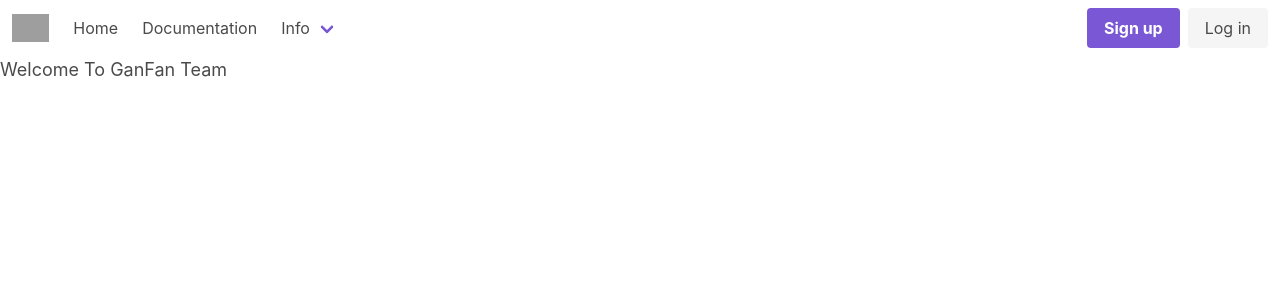
Repository: Kingfish404/qa-robot
Page: / (app in frontend/)
An editor plug-in stored every save of this project. The page is shown before and after the next save, followed by the edit.
The browser window is 1280 px wide. The pictures show the whole page.
Pictures or frames that could not be fetched are drawn as grey boxes. The project was rebuilt for these pictures with package versions that can differ from the ones it lists, and the page was loaded fresh each time.

Above is the page before, as saved 2020-12-09 23:47:32.

### frontend/src/main.js
import Vue from 'vue'
import App from './App.vue'
import Buefy from 'buefy'
import 'buefy/dist/buefy.css'

Vue.config.productionTip = false

Vue.use(Buefy)

new Vue({
  render: h => h(App),
}).$mount('#app')

### frontend/src/App.vue
<template>
  <div id="app">
    <NavMenu></NavMenu>
    <div style="font-size:18px">Welcome To GanFan Team</div>
  </div>
</template>

<script>

import NavMenu from './components/NavMenu.vue'

export default {
  name: 'App',
  components: {
    NavMenu
  }
}
</script>

<style>

</style>

### frontend/src/components/NavMenu.vue
<template>
    <b-navbar>
        <template slot="brand">
            <b-navbar-item tag="router-link" :to="{ path: '/' }">
                <img
                    src="https://raw.githubusercontent.com/buefy/buefy/dev/static/img/buefy-logo.png"
                    alt="Lightweight UI components for Vue.js based on Bulma"
                >
            </b-navbar-item>
        </template>
        <template slot="start">
            <b-navbar-item href="#">
                Home
            </b-navbar-item>
            <b-navbar-item href="#">
                Documentation
            </b-navbar-item>
            <b-navbar-dropdown label="Info">
                <b-navbar-item href="#">
                    About
                </b-navbar-item>
                <b-navbar-item href="#">
                    Contact
                </b-navbar-item>
            </b-navbar-dropdown>
        </template>

        <template slot="end">
            <b-navbar-item tag="div">
                <div class="buttons">
                    <a class="button is-primary">
                        <strong>Sign up</strong>
                    </a>
                    <a class="button is-light">
                        Log in
                    </a>
                </div>
            </b-navbar-item>
        </template>
    </b-navbar>
</template>

Loaded but not shown: frontend/public/index.html (common file)

After the next save:
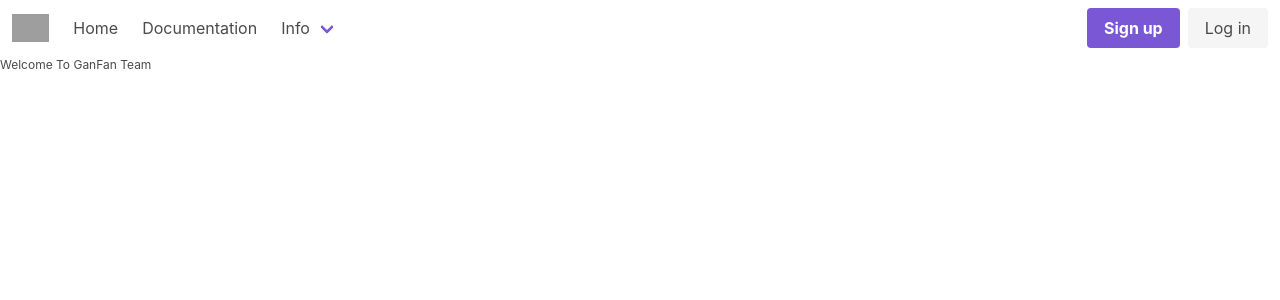
Saved 36 s later.
--- a/frontend/src/App.vue
+++ b/frontend/src/App.vue
@@ -1,7 +1,7 @@
 <template>
   <div id="app">
     <NavMenu></NavMenu>
-    <div style="font-size:18px">Welcome To GanFan Team</div>
+    <div style= 'font-size: 12px;'>Welcome To GanFan Team</div>
   </div>
 </template>
 

After the save that followed:
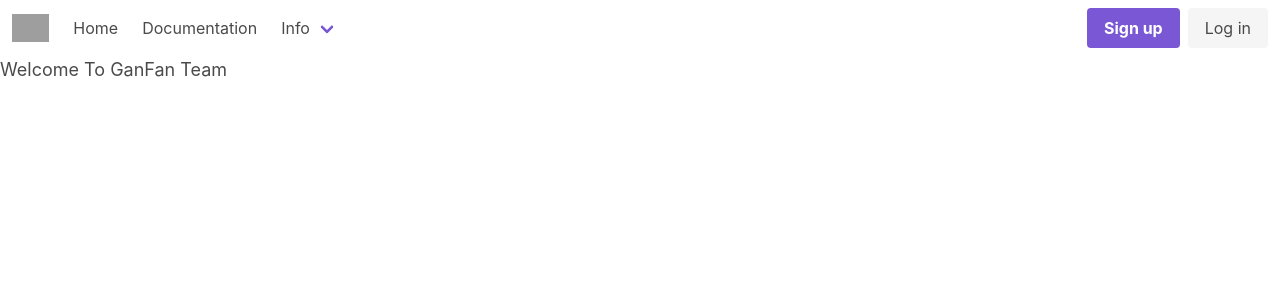
Saved 7 s later.
--- a/frontend/src/App.vue
+++ b/frontend/src/App.vue
@@ -1,7 +1,7 @@
 <template>
   <div id="app">
     <NavMenu></NavMenu>
-    <div style= 'font-size: 12px;'>Welcome To GanFan Team</div>
+    <div style="font-size:18px">Welcome To GanFan Team</div>
   </div>
 </template>
 
